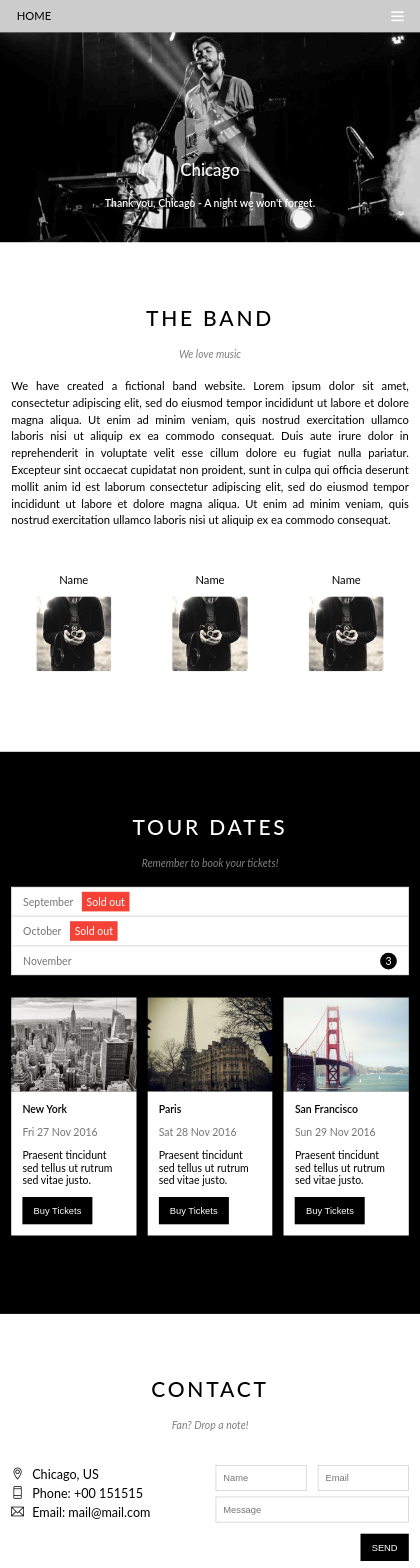
Repository: tatvanhco/web-dau-tay
Page: index.html
The author's editor kept a copy of each file at every save. The page is drawn from the files as they stood at one save, then again after the next save.
The browser window is 600 px wide. The pictures show the part of the page from y = 0 to 2240 px (the page is 2898 px tall), at 70% of full size.

Above is the page before, as saved 2022-01-24 21:39:49.

### index.html
<!DOCTYPE html>
<html lang="en">
<head>
    <meta charset="UTF-8">
    <!-- <meta http-equiv="X-UA-Compatible" content="IE=edge"> -->
    <meta name="viewport" content="width=device-width, initial-scale=1.0">
    <title>the band</title>
    <link rel="shortcut icon" href="./assets/img/band/logo.png" type="image/x-icon">
    <link rel="stylesheet" href="./assets/fronts/themify-icons/themify-icons.css">
    <link rel="stylesheet" href="./assets/css/style.css">
    <link rel="stylesheet" href="./assets/css/responsive.css">
</head>
<body>
    <div id="main">
        <div id="header">
            <ul id="nav">
                <li><a href="#">home</a></li>
                <li><a href="#band">band</a></li>
                <li><a href="#tour">tour</a></li>
                <li><a href="#contact">contact</a></li>
                <li>
                    <a href="#">more
                        <i class="drop-down ti-angle-down"></i>
                    </a>
                    <div class="subnav">
                        <ul>
                            <li><a href="#">Merchandise</a></li>
                            <li><a href="#">Extras</a></li>
                            <li><a href="#">Media</a></li>
                        </ul>
                    </div>
                </li>
            </ul>
            <div class="search-btn">
                <i class="search-icon ti-search"></i>
            </div>

            <div id="mobile-menu" class="menu-mobile">
                <i class="menu-icon ti-menu"></i>
            </div>
        </div>
        <div id="slide">
            <div class="text-content">
                <h2 class="text-heading">Chicago</h2>
                <div class="text-desc">Thank you, Chicago - A night we won't forget.</div>
            </div>
        </div>
        <div id="content">
            <div id="band" class="content-section">
                <h2 class="section-heading">THE BAND</h2>
                <p class="section-sub-heading">We love music</p>
                <p class="about">
                    We have created a fictional band website. Lorem ipsum dolor sit amet, consectetur adipiscing elit, sed do eiusmod tempor incididunt ut labore et dolore magna aliqua. Ut enim ad minim veniam, quis nostrud exercitation ullamco laboris nisi ut aliquip ex ea commodo consequat. Duis aute irure dolor in reprehenderit in voluptate velit esse cillum dolore eu fugiat nulla pariatur. Excepteur sint occaecat cupidatat non proident, sunt in culpa qui officia deserunt mollit anim id est laborum consectetur adipiscing elit, sed do eiusmod tempor incididunt ut labore et dolore magna aliqua. Ut enim ad minim veniam, quis nostrud exercitation ullamco laboris nisi ut aliquip ex ea commodo consequat.
                </p>
                <div class="row team">
                    <div class="col col-3 text-center">
                        <p class="team-name">Name</p>
                        <img src="./assets/img/band/member.jpg" class="team-img">
                    </div>

                    <div class="col col-3 text-center">
                        <p class="team-name">Name</p>
                        <img src="./assets/img/band/member.jpg" class="team-img">
                    </div>

                    <div class="col col-3 text-center">
                        <p class="team-name">Name</p>
                        <img src="./assets/img/band/member.jpg" class="team-img">
                    </div>
                </div>
            </div>

            <div id="tour" class="tour-section">
                <div class="content-section">
                    <h2 class="text-white section-heading">TOUR DATES</h2>
                    <p class="text-white section-sub-heading">Remember to book your tickets!</p>
                    <ul class="ticket-list">
                        <li>September<span class="soldout">Sold out</span></li>
                        <li>October<span class="soldout">Sold out</span></li>
                        <li>November<span class="quatity">3</span></li>
                    </ul>
                    <div class="row place-list">
                        <div class="col col-3">
                            <img src="./assets/img/places/place1.jpg" class="place-img">
                            <div class="place-body">
                                <h3 class="place-heading">New York</h3>
                                <p class="place-time">Fri 27 Nov 2016</p>
                                <p class="place-desc">Praesent tincidunt sed tellus ut rutrum sed vitae justo.</p>
                                <button class="btn js-buy-ticket">Buy Tickets</button>
                            </div>
                        </div>
                        <div class="col col-3">
                            <img src="./assets/img/places/place2.jpg" class="place-img">
                            <div class="place-body">
                                <h3 class="place-heading">Paris</h3>
                                <p class="place-time">Sat 28 Nov 2016</p>
                                <p class="place-desc">Praesent tincidunt sed tellus ut rutrum sed vitae justo.</p>
                                <button class="btn js-buy-ticket">Buy Tickets</button>
                            </div>
                        </div>
                        <div class="col col-3">
                            <img src="./assets/img/places/place3.jpg" class="place-img">
                            <div class="place-body">
                                <h3 class="place-heading">San Francisco</h3>
                                <p class="place-time">Sun 29 Nov 2016</p>
                                <p class="place-desc">Praesent tincidunt sed tellus ut rutrum sed vitae justo.</p>
                                <button class="btn js-buy-ticket">Buy Tickets</button>
                            </div>
                        </div>
                    </div>
                </div>
            </div>

            <div id="contact" class="content-section">
                <h2 class="section-heading">CONTACT</h2>
                <p class="section-sub-heading">Fan? Drop a note!</p>
                <div class="row contact-content">
                    <div class="col col-2 contact-info">
                        <p><i class="ti-location-pin"></i>Chicago, US</p>
                        <p><i class="ti-mobile"></i>Phone: +00 151515</p>
                        <p><i class="ti-email"></i>Email: mail@mail.com</p>
                    </div>
                    <div class="col col-2 contact-form">
                        <form action="">
                            <div class="row">
                                <div class="col col-2">
                                    <input type="text" placeholder="Name" required class="form-control">
                                </div>
                                <div class="col col-2">
                                    <input type="email" placeholder="Email" required class="form-control">
                                </div>
                            </div>
                            <div class="row mt-8">
                                <div class="col col-full">
                                    <input type="text" placeholder="Message" required class="form-control">
                                </div>
                            </div>
                            <input class="btn pull-right mt-16" type="submit" value="SEND">
                        </form>
                    </div>
                </div>
            </div>

            <div class="map-section">
                <img src="./assets/img/places/map.jpg" alt="map">
            </div>
        </div>

        <div id="footer">
            <div class="end-list">
                <a href=""><i class="ti-facebook"></i></a>
                <a href=""><i class="ti-instagram"></i></a>
                <a href=""><i class="ti-github"></i></a>
                <a href=""><i class="ti-pinterest"></i></a>
                <a href=""><i class="ti-twitter-alt"></i></a>
                <a href=""><i class="ti-linkedin"></i></a>
            </div>
            <p class="copy-right">Powered by <a href="https://www.w3schools.com/w3css/default.asp">W3.css</a></p>
        </div>
    </div>

    <div class="modal js-modal">
        <div class="modal-container js-modal-container">
            <header class="modal-header">
                <i class="ti-bag"></i>
                Tickets
            </header>
            <div class="close-btn js-modal-close">
                <i class="ti-close"></i>
            </div>
            <div class="modal-body">
                <label for="how-many" class="modal-label">
                    <i class="ti-shopping-cart"></i>
                    Tickets, $15 per person
                </label>
                <input type="text" placeholder="How many?" required id="how-many" class="modal-input">

                <label for="enter-email" class="modal-label">
                    <i class="ti-user"></i>
                    Send To
                </label>
                <input type="email" placeholder="Enter email" required id="enter-email" class="modal-input">

                <button class="buy-titkets">
                    Pay <i class="ti-check"></i>
                </button>
            </div>
            <footer class="modal-footer">
                <p class="modal-help">Need <a href="#">help?</a> </p>
            </footer>
        </div>
    </div>

    <script>
        const buyBtns = document.querySelectorAll('.js-buy-ticket')
        const modal = document.querySelector('.js-modal')
        const modalContainer = document.querySelector('.js-modal-container')
        const modalClose = document.querySelector('.js-modal-close')

        // hàm hiển thị modal mua vé (thêm class open vào modal)
        function showBuytickets() {
            modal.classList.add('open')
        }

        // hàm ẩn modal mua vé (xóa class open ra khỏi modal)
        function hidenBuytickets() {
            modal.classList.remove('open')
        }

        // lặp qua từng thẻ button và lắng nghe hành vi click
        for (const buyBtn of buyBtns) {
            buyBtn.addEventListener('click', showBuytickets)
        }

        // nghe hành vi click  vào button close
        modalClose.addEventListener('click', hidenBuytickets)

        modal.addEventListener('click', hidenBuytickets)

        modalContainer.addEventListener('click', function (event) {
            event.stopPropagation()
        })
    </script>

    <script>
        var header = document.getElementById('header');
        var mobileMenu = document.getElementById('mobile-menu');
        var headerHeight = header.clientHeight;

        //  đóng mở menu mobile
        mobileMenu.onclick = function () {
            var isClose = header.clientHeight === headerHeight;
            if (isClose) {
                header.style.height = 'auto';
            }else {
                header.style.height = null;
            }
        }

        // tự động đóng khi chọn menu
        var menuItems = document.querySelectorAll('#nav li a[href*="#"]');

        for (var i = 0; i < menuItems.length; i++) {
           var menuItem = menuItems[i];

           menuItem.onclick = function() {
                header.style.height = null;
           }
        }
    </script>
</body>
</html>

### assets/css/style.css
/* reset trang */
* {
    margin: 0;
    padding: 0;
    box-sizing: border-box;
}

html {
    scroll-behavior: smooth;
    font-family: "Lato", sans-serif;
}
/* dùng chung */
.clear {
    clear: both;
}

.text-white {
    color: #fff !important;
}

.text-center {
    text-align: center;
}

.pull-right {
    float: right !important;
}

.btn {
    color: #fff;
    background-color: #000;
    text-decoration: none;
    padding: 12px 16px;
    margin-top: 15px;
    display: inline-block;
    border: none;
}

.btn:hover {
    color: #000;
    background-color: #ccc;
    cursor: pointer;
}


.row {
    margin-left: -8px;
    margin-right: -8px;
}

.row::after {
    content: "";
    display: block;
    clear: both;
}

.col {
    float: left;
    padding-left: 8px;
    padding-right: 8px;
}

.col-3 {
    width: 33.33333%;
}

.col-2 {
    width: 50%;
}

.col-full {
    width: 100%;
}

.mt-8 {
    margin-top: 8px !important;
}

.mt-16 {
    margin-top: 16px !important;
}
/* css từng thành phần */
#header {
    width: 100%;
    height: 46px;
    background-color: #000;
    position: fixed;
    top: 0;
    left: 0;
    right: 0;
    z-index: 1;
    overflow: hidden;
}

#header .menu-mobile {
    position: absolute;
    top: 0;
    right: 0;
    display: none;
}

#header .menu-mobile,
#header .search-btn {
    float: right;
    padding: 0 22px;
}

#header .search-btn:hover {
    cursor: pointer;
    background-color: #f44336;
}

#header .menu-mobile:hover {
    background-color: #ccc;
}

#header .menu-mobile:hover .menu-icon {
    color: #000;
}

#header .menu-icon,
#header .search-icon {
    color: #fff;
    font-size: 20px;
    line-height: 46px;
}

#nav {
    display: inline-block;
}

#nav > li {
    display: inline-block;
}

#nav li {
    position: relative;
    list-style-type: none;
}

#nav > li > a {
    color: #fff;
    text-transform: uppercase;
}

#nav li a {
    text-decoration: none;
    padding: 0 24px;
    line-height: 46px;
    display: block;

}

#nav li:hover .subnav {
    display: block;
}

#nav .subnav li:hover a,
#nav > li:hover > a {
    background-color: #ccc;
    color: #000;
}

#nav .subnav {
    display: none;
    min-width: 160px;
    position: absolute;
    top: 100%;
    left: 0;
    background-color: #fff;
    box-shadow: 0 0 10px rgba(0, 0, 0, 0.3);
}

#nav .subnav a {
    color: #000;
    padding: 0px 24px;
    line-height: 38px;
}

#slide {
    position: relative;
    margin-top: 46px;
    padding-top: 50%;
    background: url(/assets/img/slider/chicago.jpg) top center / cover no-repeat;
}

#slide .text-content {
    color: #fff;
    position: absolute;
    bottom: 47px;
    /* cách canh giữa
    left: 50%;
    transform: translateX(-50%); */
    width: 100%;
    text-align: center;
}

#slide .text-heading {
    font-weight: 500;
    font-size: 24px;
}

#slide .text-desc {
    font-weight: 600;
    margin-top: 25px;
    font-size: 15px;
}

#content {

}

#content .content-section {
    width: 800px;
    max-width: 100%;
    margin-left: auto;
    margin-right: auto;
    padding: 64px 0 112px;
    padding-left: 16px;
    padding-right: 16px;
}

#content .section-heading,
#content .section-sub-heading {
    text-align: center;
    margin: 25px 0;
}

#content .section-heading {
    font-size: 30px;
    font-weight: 500;
    letter-spacing: 4px;
}

#content .section-sub-heading {
    font-size: 15px;
    opacity: 0.5;
    font-style: italic;
}

#content .about {
    text-align: justify;
    line-height: 1.5;
}

#content .team {
    margin-top: 48px;
}

#content .team-name {
    margin: 15px 0;
}

#content .team-img {
    width: 60%;
    border-radius: 4px;
    text-align: center;
}

.tour-section {
    background-color: #000;
}

.ticket-list {
    background-color: #fff;
}

.ticket-list li {
    color: #757575;
    list-style-type: none;
    font-size: 15px;
    border: 1px solid #ddd;
    padding: 11px 16px;
}

.ticket-list .soldout {
    color: #fff;
    margin-left: 12px;
    padding: 5px 7px;
    background-color: #f44336;
}

.ticket-list .quatity {
    float: right;
    width: 24px;
    height: 24px;
    border-radius: 50%;
    background-color: #000;
    color: #fff;
    text-align: center;
    line-height: 24px;
    margin-top: -2px;
}

.place-list {
    /* margin: 32px 48px; */
    margin-top: 32px;
    /* margin-bottom: 48px; */
}

.place-img {
    width: 100%;
    display: block;
}

.place-img:hover {
    opacity: 0.6;
}

.place-body {
    background-color: #fff;
    padding: 16px;
    font-size: 15px;
}

.place-heading {
    font-size: 15px;
    font-weight: 600;
}

.place-time {
    color: #757575;
    margin-top: 15px;
}

.place-desc {
    margin-top: 15px;
}

/* contact-form */
.contact-content {
    margin-top: 48px;

}

.contact-info {
    font-size: 18px;
    line-height: 1.5;
}

.contact-info i[class*="ti-"] {
    width: 30px;
    display: inline-block;
}

.contact-form {
    font-size: 15px;
}

.contact-form .form-control {
    padding: 10px;
    border: 1px solid #ccc;
    width: 100%;
}

.map-section img {
    width: 100%;
    filter: grayscale(50%);
}

#footer {
    padding: 64px 16px;
    text-align: center;
}

#footer .end-list {
    font-size: 24px;
}

#footer .end-list a {
    text-decoration: none;
    color: rgba(0, 0, 0, 0.6);
}

#footer .end-list a:hover {
    color: rgba(0, 0, 0, 0.8);
}

#footer .copy-right {
    font-size: 15px;
    margin: 20px;
    color: rgba(0, 0, 0, 0.6);
}

#footer .copy-right a {
    color: rgba(0, 0, 0, 0.6);
}

.modal {
    position: fixed;
    top: 0;
    bottom: 0;
    left: 0;
    right: 0;
    background-color: rgba(0, 0, 0, 0.4);
    align-items: center;
    justify-content: center;
    display: none;
}

.modal.open {
    display: flex;
}

header.modal-header {
    color: #fff;
    background-color: #009688;
    height: 130px;
    text-align: center;
    line-height: 130px;
    font-size: 30px;
    letter-spacing: 4px;
}

.modal-container {
    position: relative;
    background-color: #fff;
    width: 900px;
    min-height: 200px;
    max-width: calc(100% - 32px);
    animation: modalFadeIn ease 0.3s;
}

.close-btn {
    position: absolute;
    top: 0;
    right: 0;
    font-size: 20px;
    padding: 12px;
    cursor: pointer;
}

.close-btn:hover {
    background-color: #ccc;
    color: #000;
}

.modal-body {
    padding: 16px;
}

label.modal-label {
    display: block;
    font-size: 15px;
    margin-bottom: 12px;
}

input.modal-input {
    width: 100%;
    padding: 8px;
    border: 1px solid #ccc;
    margin-bottom: 24px;
}

button.buy-titkets {
    width: 100%;
    padding: 16px;
    background-color: #009688;
    border: none;
    font-size: 15px;
    font-weight: 00;
    color: #fff;
    cursor: pointer;
    text-transform: uppercase;
}

button.buy-titkets:hover {
    background-color: #ccc;
    color: #000;
}

p.modal-help {
    text-align: right;
    padding: 16px;
    font-size: 15px;
}

.modal-help a {
    color: #2196F3;
}

@keyframes modalFadeIn {
    from {
        transform: translateY(-140px);
    }
    to {
        transform: translateY(0);
    }
}

### assets/css/responsive.css
/*  giao diện PC */
@media (max-width: 1024px) {

}

/* giao diện tablet */
@media (min-width: 720px) and (max-width: 1024px) {

}

/* giao diện mobile */
@media (max-width: 723px) {
    #nav {
        display: block;
    }

    #nav > li {
        display: block;
    }

    #header .menu-mobile {
        display: block;
    }

    #header .search-btn {
        display: none;
    }
}

Loaded but not shown: assets/fronts/themify-icons/themify-icons.css (common file)

After the next save:
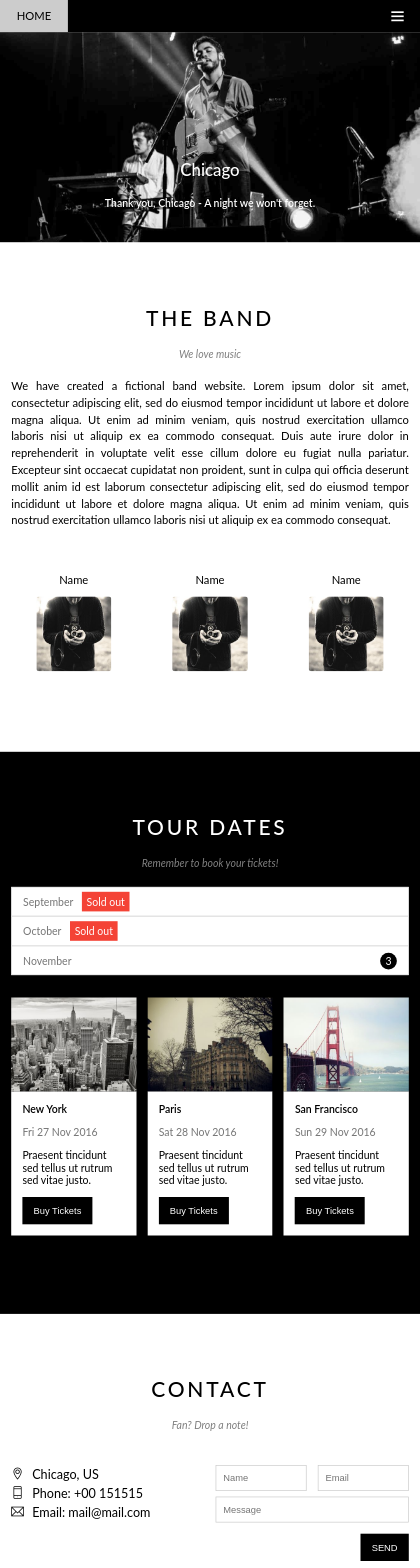
Saved 81 s later.
--- a/assets/css/responsive.css
+++ b/assets/css/responsive.css
@@ -18,6 +18,10 @@
         display: block;
     }
 
+    #nav > li:first-child {
+        display: inline-block;
+    }
+
     #header .menu-mobile {
         display: block;
     }
